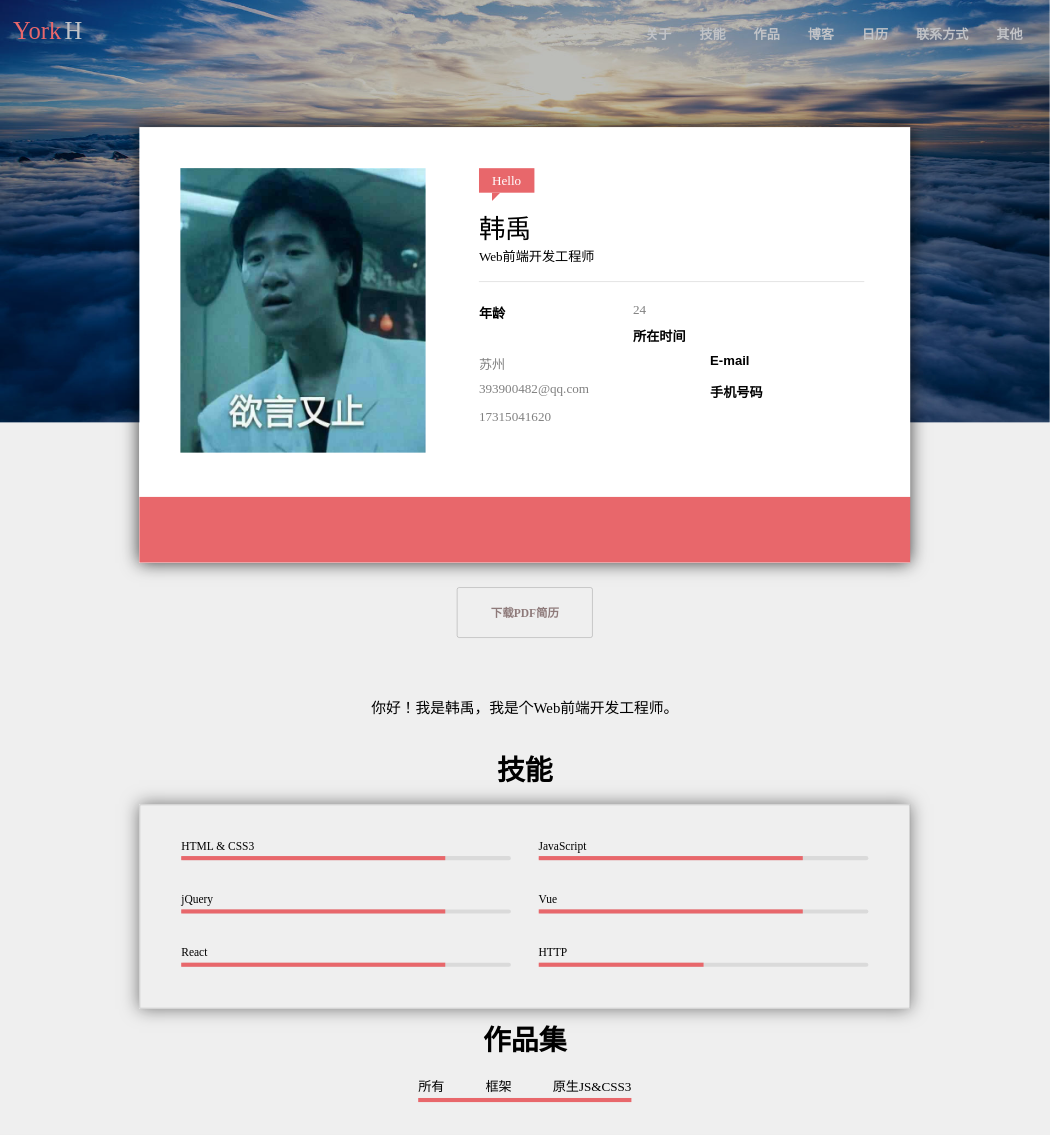
Repository: yorkHan/resume
Page: index.html
An editor plug-in stored every save of this project. The page is shown before and after the next save, followed by the edit.
The browser window is 1280 px wide. The pictures show the whole page, at 82% of full size.

Above is the page before, as saved 2018-04-10 13:54:21.

After the next save:
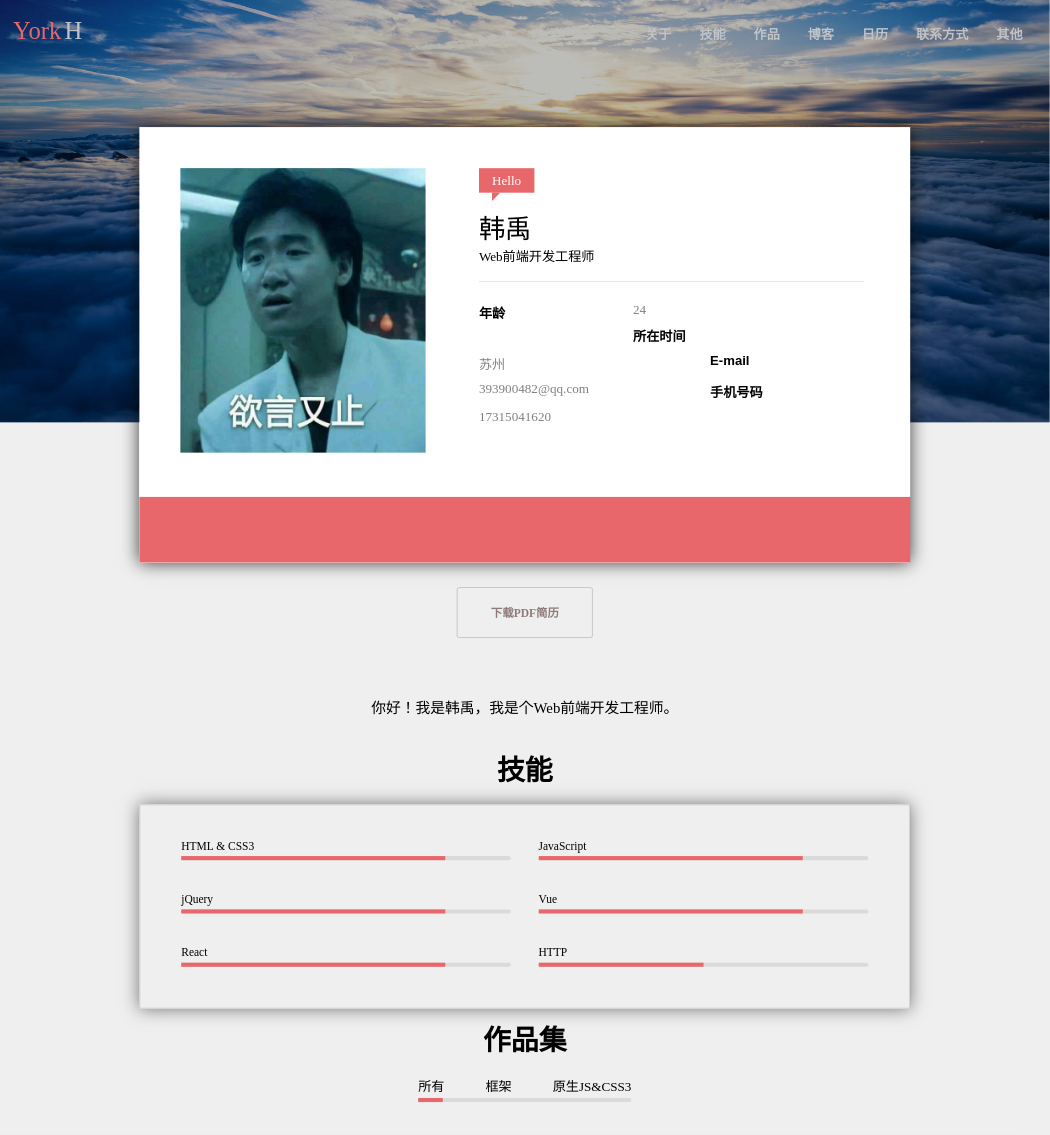
Saved 22 s later.
--- a/index.html
+++ b/index.html
@@ -165,7 +165,7 @@
                 <li id="portfolioFramework">框架</li>
                 <li id="portfolioValina">原生JS&amp;CSS3</li>
             </ol>
-            <div id="bar" class="bar">
+            <div id="bar" class="bar state-1">
                 <div class="barInner"></div>
             </div>
         </nav>
